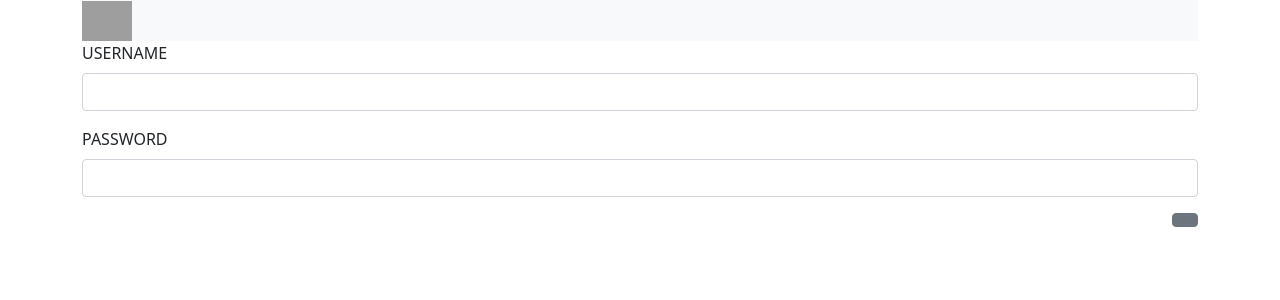
Repository: dilaraozdem1r/BooksApp
Page: /admin
An editor plug-in stored every save of this project. The page is shown before and after the next save, followed by the edit.
The browser window is 1280 px wide. The pictures show the whole page.
Pictures or frames that could not be fetched are drawn as grey boxes. The page's requests for data from a server got no answer. The project was rebuilt for these pictures with package versions that can differ from the ones it lists, and the page was loaded fresh each time. No one was signed in, and anything a server would have sent is missing. Also part of the build but not shown: src/Components/BookList.js, src/Components/SearchBar.js.

Above is the page before, as saved 2021-08-20 14:44:27.

After the next save:
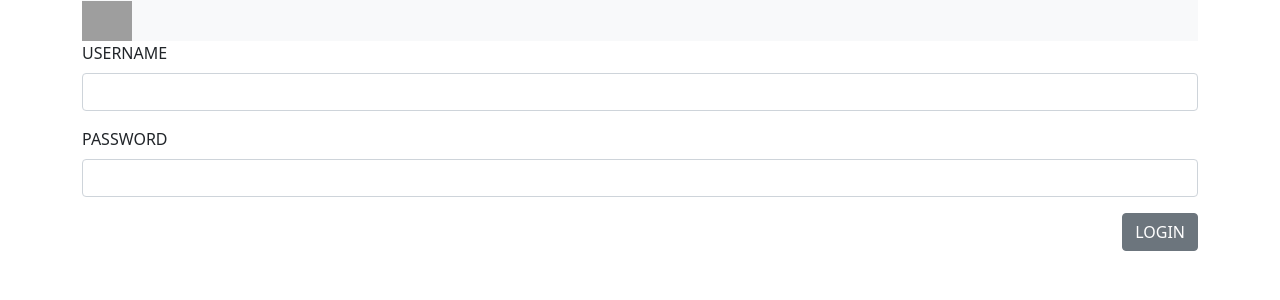
Saved 28 s later.
--- a/src/Components/Admin.js
+++ b/src/Components/Admin.js
@@ -28,7 +28,7 @@ class Admin extends React.Component {
   <Link to="/admin/page"
                             type="button"
                             className="btn btn-secondary"
-                            style={{ float: 'right' }}></Link>
+                            style={{ float: 'right' }}>LOGIN</Link>
 
 </form>
 </div>
